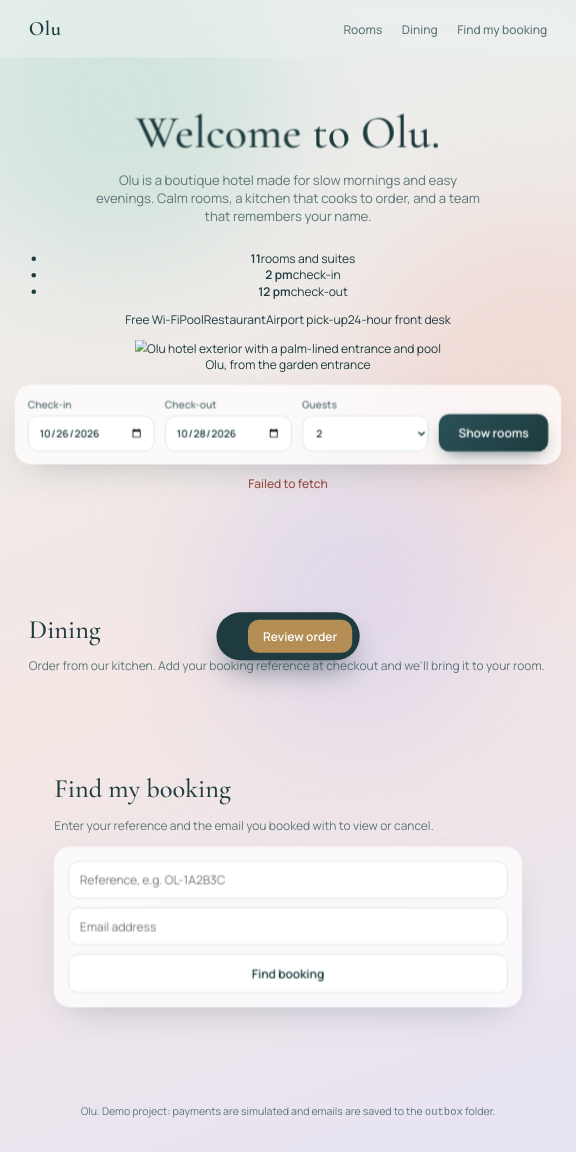
Repository: Deneththri/Hotel-System
Page: public/index.html
The author's editor kept a copy of each file at every save. The page is drawn from the files as they stood at one save, then again after a run of saves.
The browser window is 768 px wide. The pictures show the whole page, at 75% of full size.
The page's requests for data from a server got no answer.

Above is the page before, as saved 2026-10-25 17:57:58.
Not found: public/images/olu-hotel.svg

After the next 2 saves:
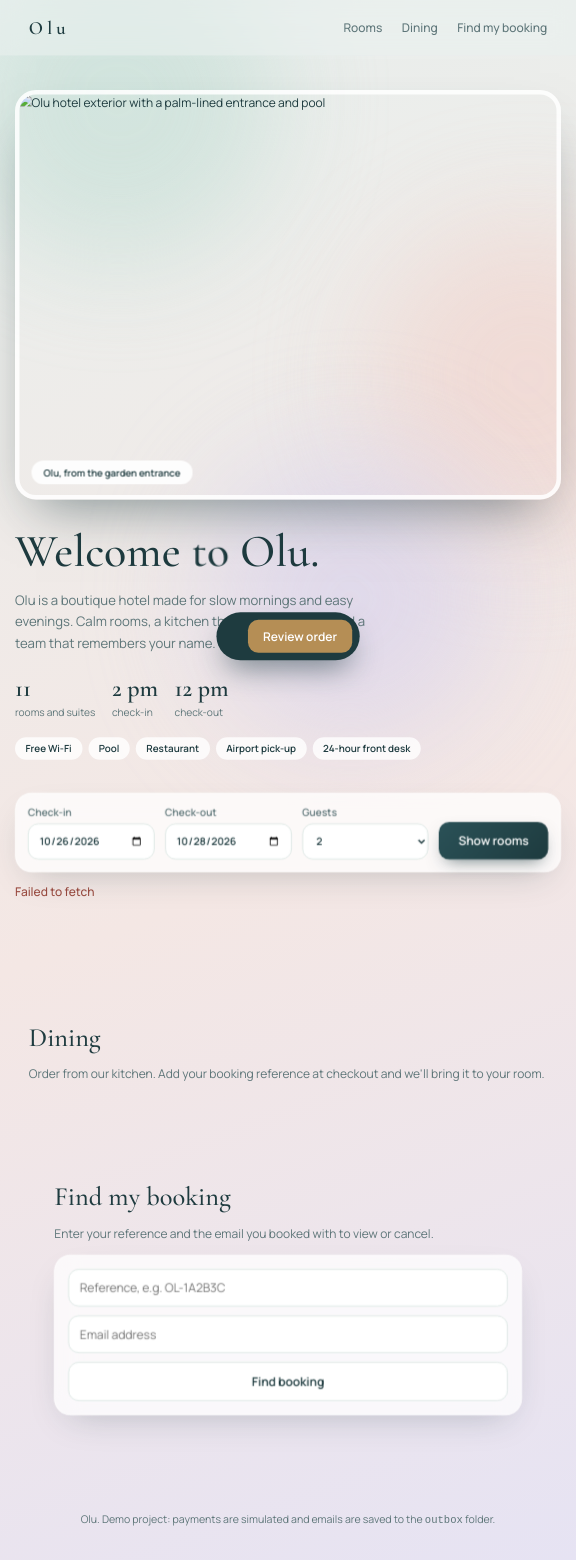
The 2 saves are shown as one change because they came seconds apart.
The last was saved 20 s later.
--- a/public/style.css
+++ b/public/style.css
@@ -932,3 +932,103 @@ footer {
         display: none
     }
 }
+
+.brand {
+    letter-spacing: .22em;
+    font-size: 1.55rem
+}
+
+.hero {
+    max-width: 1180px;
+    text-align: left;
+    padding-top: clamp(28px, 6vw, 70px)
+}
+
+.intro {
+    display: grid;
+    grid-template-columns: 1.05fr 1fr;
+    gap: clamp(24px, 5vw, 64px);
+    align-items: center;
+    margin-bottom: 44px
+}
+
+.intro .lead {
+    margin: 0 0 26px;
+    max-width: 480px;
+    line-height: 1.65
+}
+
+.facts {
+    display: flex;
+    gap: 30px;
+    list-style: none;
+    padding: 0;
+    margin: 0 0 24px
+}
+
+.facts b {
+    display: block;
+    font: 600 2rem var(--serif)
+}
+
+.facts span {
+    font-size: .85rem;
+    color: var(--muted)
+}
+
+.amen {
+    display: flex;
+    flex-wrap: wrap;
+    gap: 8px
+}
+
+.amen span {
+    background: rgba(255, 255, 255, .8);
+    border-radius: 99px;
+    padding: 6px 14px;
+    font-size: .82rem;
+    font-weight: 600
+}
+
+.pic {
+    margin: 0;
+    position: relative;
+    opacity: 0;
+    animation: rise 1.1s .35s cubic-bezier(.2, .7, .2, 1) forwards
+}
+
+.pic img {
+    display: block;
+    width: 100%;
+    aspect-ratio: 4/3;
+    object-fit: cover;
+    border-radius: 28px;
+    box-shadow: 0 34px 70px -28px rgba(30, 59, 63, .55);
+    border: 6px solid rgba(255, 255, 255, .85)
+}
+
+.pic figcaption {
+    position: absolute;
+    left: 22px;
+    bottom: 20px;
+    background: rgba(255, 255, 255, .88);
+    backdrop-filter: blur(8px);
+    border-radius: 99px;
+    padding: 7px 16px;
+    font-size: .8rem;
+    font-weight: 600
+}
+
+@media(max-width:860px) {
+    .intro {
+        grid-template-columns: 1fr
+    }
+
+    .pic {
+        order: -1
+    }
+
+    .facts {
+        gap: 22px
+    }
+}
